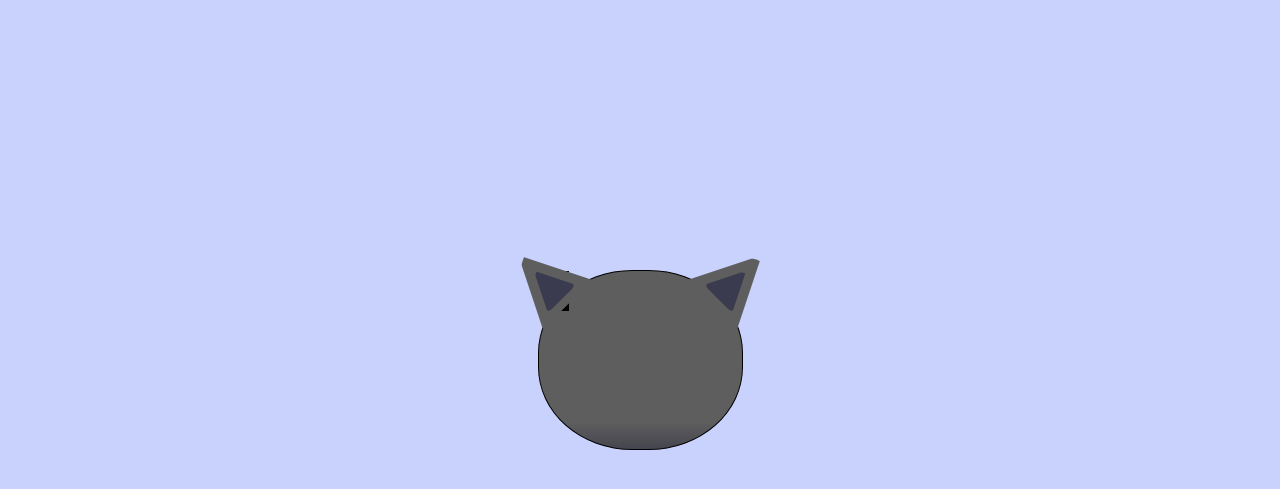
Repository: Lungdjos/cat_painting
Page: index.html
These files come from the project's save history. The page is drawn as it stood at one moment and after a run of saves; the edit follows.
The browser window is 1280 px wide. The pictures show the whole page.

Above is the page before, as saved 2023-11-09 23:07:38.

### index.html
<!DOCTYPE html>
<html lang="en">

<head>
    <meta charset="UTF-8">
    <meta name="viewport" content="width=device-width, initial-scale=1.0">
    <title>fCC Cat Painting</title>
    <link rel="stylesheet" href="./styles.css">
</head>

<body>
    <main>
        <div class="cat-head">
            <div class="cat-ears">
                <div class="cat-right-ear">
                    <div class="cat-right-inner-ear"></div>
                </div>
                <div class="cat-left-ear">
                    <div class="cat-left-inner-ear"></div>
                </div>
            </div>
            <div class="cat-eyes">
                <div class="cat-left-eye">
                    <div class="cat-left-inner-eye"></div>
                </div>
                <div class="cat-right-eye">
                    <div class="cat-right-inner-eye"></div>
                </div>

            </div>
        </div>
    </main>

</body>

</html>

### styles.css
* {
    box-sizing: border-box;
}

body {
    background-color: #c9d2fc;
}

.cat-head {
    position: absolute;
    right: 0;
    left: 0;
    top: 0;
    bottom: 0;
    margin: auto;
    background: linear-gradient(#5e5e5e 85%, #45454f 100%);
    width: 205px;
    height: 180px;
    border: 1px solid #000;
    border-radius: 46%;
}

.cat-left-ear {
    position: absolute;
    top: -26px;
    left: -31px;
    z-index: 1;
    border-top-left-radius: 90px;
    border-top-right-radius: 10px;
    transform: rotate(-45deg);
    border-left: 35px solid transparent;
    border-right: 35px solid transparent;
    border-bottom: 70px solid #5e5e5e;
}

.cat-right-ear {
    position: absolute;
    top: -26px;
    left: 163px;
    transform: rotate(45deg);
    border-top-left-radius: 90px;
    border-top-right-radius: 10px;
    border-left: 35px solid transparent;
    border-right: 35px solid transparent;
    border-bottom: 70px solid #5e5e5e;
    z-index: 1;
}

.cat-left-inner-ear {
    border-left: 20px solid transparent;
    border-right: 20px solid transparent;
    border-bottom: 40px solid #3b3b4f;
    position: absolute;
    top: 22px;
    left: -20px;
    border-top-right-radius: 10px;
    border-top-left-radius: 90px;
    border-bottom-left-radius: 40%;
    border-bottom-right-radius: 40%;
}

.cat-right-inner-ear {
    border-left: 20px solid transparent;
    border-right: 20px solid transparent;
    border-bottom: 40px solid #3b3b4f;
    position: absolute;
    top: 22px;
    left: -20px;
    border-top-right-radius: 10px;
    border-top-left-radius: 90px;
    border-bottom-left-radius: 40%;
    border-bottom-right-radius: 40%;
}


/* .cat-left-inner-ear {
    border-left: 10px solid transparent;
    border-right: 10px solid transparent;
    border-bottom: 20px solid #fff;
    position: absolute;
    top: 11px;
    left: -10px;
    border-top-right-radius: 10px;
    border-top-left-radius: 90px;
    border-bottom-left-radius: 40%;
    border-bottom-right-radius: 40%;
    z-index: -1;
}

.cat-right-inner-ear {
    border-left: 10px solid transparent;
    border-right: 10px solid transparent;
    border-bottom: 20px solid #fff;
    position: absolute;
    top: 11px;
    left: -10px;
    border-top-right-radius: 10px;
    border-top-left-radius: 90px;
    border-bottom-left-radius: 40%;
    border-bottom-right-radius: 40%;
    z-index: -1;
} */

.cat-left-eye {
    width: 30px;
    height: 40px;
    background-color: #000;
    position: absolute;
}

.cat-right-eye {
    width: 30px;
    height: 40px;
    background-color: #000;
}

After the next 2 saves:
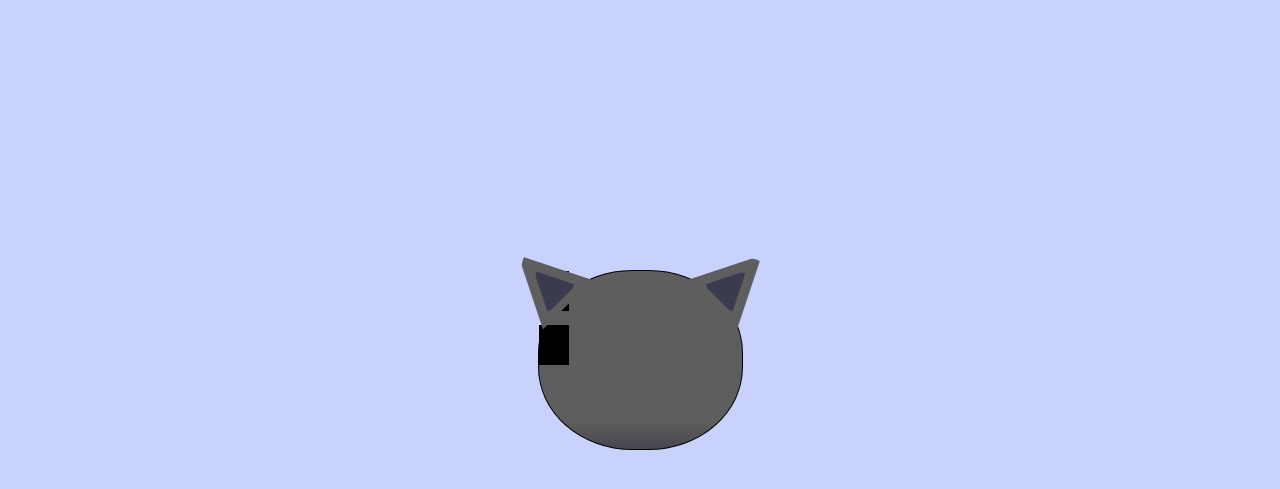
The 2 saves are shown as one change because they came seconds apart.
The last was saved 17 s later.
--- a/styles.css
+++ b/styles.css
@@ -106,6 +106,7 @@ body {
     height: 40px;
     background-color: #000;
     position: absolute;
+    top: 54px;
 }
 
 .cat-right-eye {
